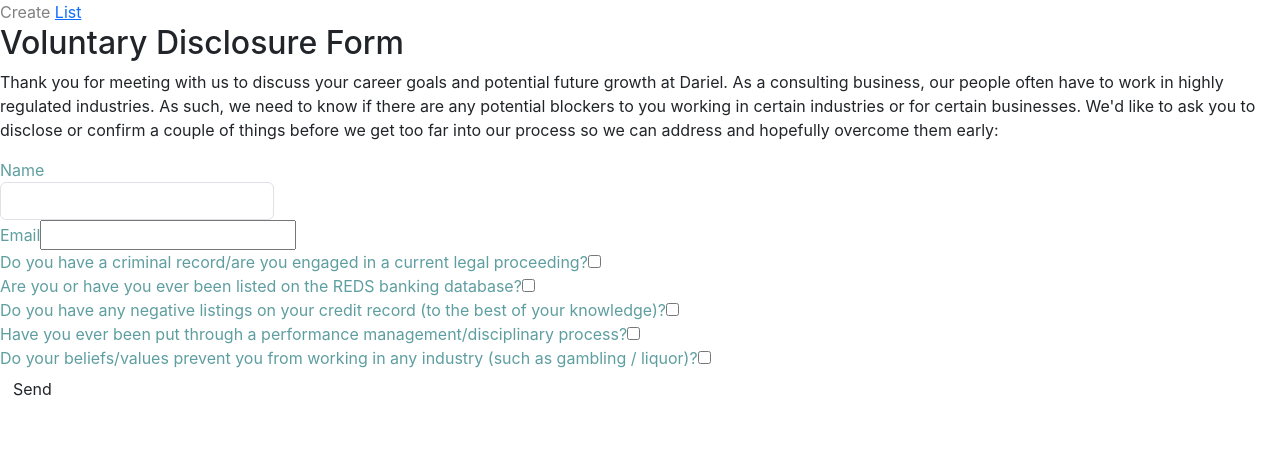
Repository: NtuthukoM/VoluntaryDisclosure
Page: / (app in disclosures-client/)
These files come from the project's save history. The page is drawn as it stood at one moment and after the next save; the edit follows.
The browser window is 1280 px wide. The pictures show the whole page.
The project was rebuilt for these pictures with package versions that can differ from the ones it lists, and the page was loaded fresh each time. Also part of the build but not shown: disclosures-client/src/pages/ListDisclosures.js, disclosures-client/src/pages/DisclosureDetails.js, disclosures-client/src/pages/DisclosureSubmitted.js.

Above is the page before, as saved 2023-05-30 20:35:24.

After the next save:
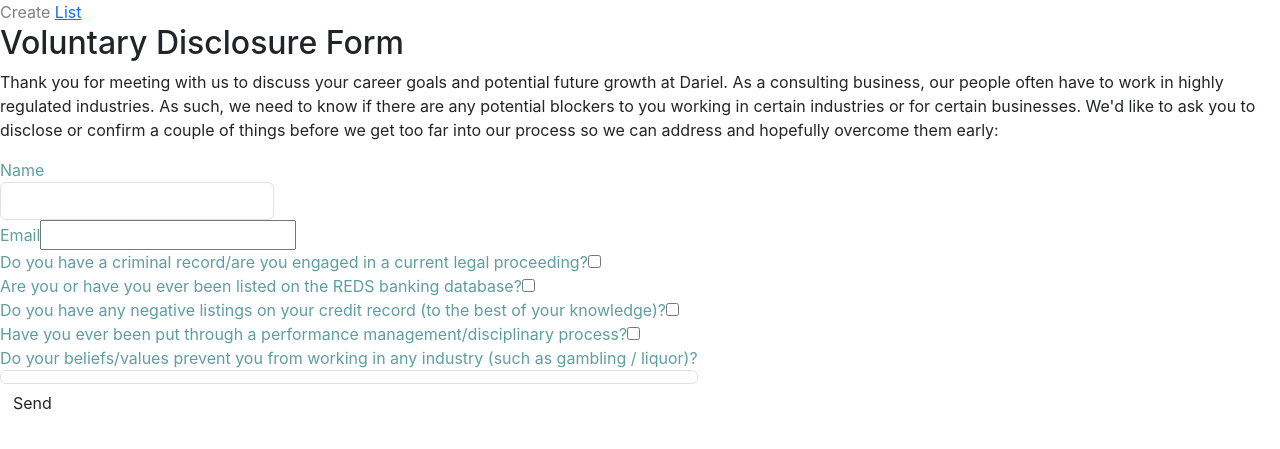
Saved 4 s later.
--- a/disclosures-client/src/pages/CreateDisclosure.js
+++ b/disclosures-client/src/pages/CreateDisclosure.js
@@ -105,7 +105,7 @@ export function CreateDisclosures(){
             <div>
                 <label>
                 Do your beliefs/values prevent you from working in any industry (such as gambling / liquor)?
-                    <input type="checkbox" className=""  value={ethicalIndustringRestriction} onChange={e => {
+                    <input type="checkbox" className="form-control"  value={ethicalIndustringRestriction} onChange={e => {
                         setEthicalIndustringRestriction(!ethicalIndustringRestriction);
                         }}  disabled={submitting} />
                 </label>
